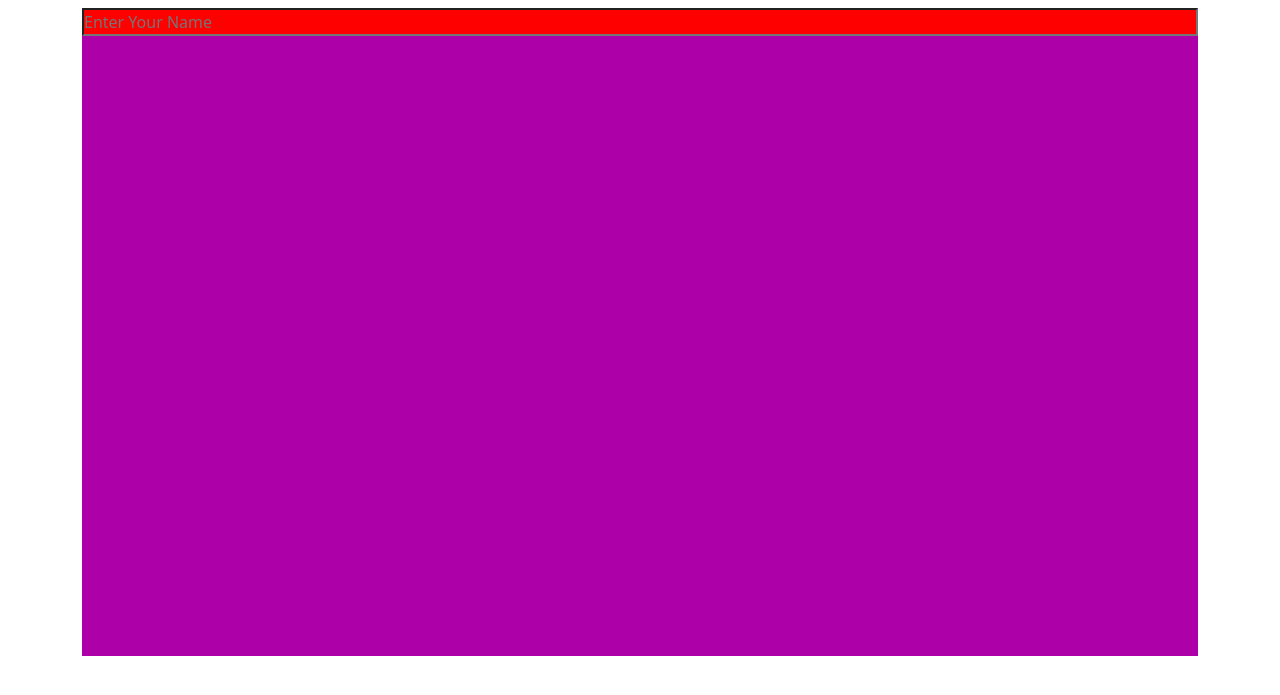
Repository: Haneef-Shaik/Greetings
Page: /
These files come from the project's save history. The page is drawn as it stood at one moment and after the next save; the edit follows.
The browser window is 1280 px wide. The pictures show the whole page.
The project was rebuilt for these pictures with package versions that can differ from the ones it lists, and the page was loaded fresh each time. The framework's server and built-in components were replaced by stand-ins that run in the browser. Also part of the build but not shown: next.config.js, styles/card.module.scss, components/card.js, styles/socialShare.module.scss, components/socialShare.js.

Above is the page before, as saved 2021-12-01 19:42:02.

### pages/_app.js
import '../styles/globals.css'
import 'bootstrap/dist/css/bootstrap.css'


function MyApp({ Component, pageProps }) {
  return <Component {...pageProps} />
}

export default MyApp

### pages/index.js
import Card from "../components/card.js";
import {useRouter} from 'next/router';
import Ss from "../components/socialShare"
import InpFrm from "../components/form"

export default function Home() {
  const {query} = useRouter();
  const myurls='https://gratefulprayerthankfulheart.com/wp-content/uploads/2014/12/aquawhitechristmastreegreeting.jpg';

  if(query.length > 0)
  {

    if(query.greeting)
    {
      return (
        <>
          <Card event={query.event} image={query.bgImg} name={query.name} greeting={query.greeting}  />
        </>
          )
    }
    else
    {
      return (
        <>
          <Card event={query.event} image={query.bgImg} name={query.name}  />
        </>
          )
    }

  }
  else
  {
    return (
        <>
          <InpFrm />
        </>
        )
  }
    // return (
    //   <>
        {/* <Card event='Event' image={myurls} name='Name' color='red' greeting="Lorem Ipsum is simply dummy text of the printing and typesetting industry. Lorem Ipsum has been thing software like Aldus PageMaker including versions of Lorem Ipsum."  /> */}
        {/* <Ss mylink="localhost:3000/name=haneef&event=christmas" /> */}
    {/*     <Ss mylink="localhost:3000/name=haneef&event=christmasW&sddsajnodsoduaibdadbksa" /> */}
    //   </>
    //     )

}

### components/form.js
/* eslint-disable no-undef */
import React, {useState,useRef} from 'react'

import 'bootstrap/dist/css/bootstrap.min.css';
import styles from '../styles/form.module.scss';
import IMAGE from 'next/image'


function Edit() {
    return (
        <div className="container-fluid p-2 " >
            <div className="container">
                <div className="row">
                    <div className="col-12">
                        <div className={styles.formContainer} >
                            <form>
                                <input type="text" placeholder="Enter Your Name" className="col-12 inpName" />
                            </form>
                        </div>
                    </div>
                </div>
            </div>
        </div>
    )
}


class InvitationCard extends React.Component{
    render(){
        return (

                <div className="body p-2" style={{backgroundColor: this.props.c,backgroundImage:`url(${this.props.im})`,backgroundSize:350,backgroundRepeat:'no-repeat'}} >
                    <h1 id="heading" style={{color: this.props.heading}}>{this.props.name}</h1>
                    <p style={{marginTop: "50px",color: this.props.content}}>{this.props.message}</p>
                    <p style={{color: this.props.content}} id="toWhom">{this.props.to}</p>
                </div>
        )
    }

}



export default Edit;

### styles/form.module.scss
.formContainer{
    height:90vh;
    background-color:#Ae00a9;
    input{
        background-color:red;
    }
}

Loaded but not shown: pages/api/hello.js (common file); styles/globals.css (common file)

After the next save:
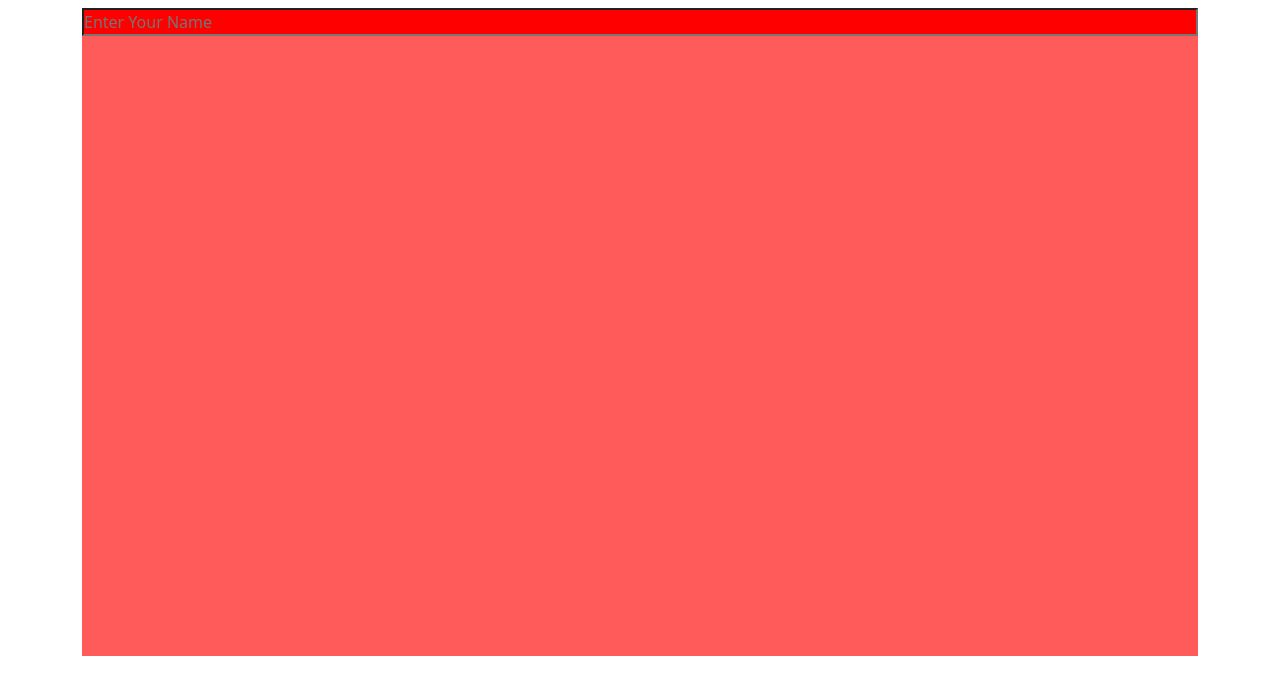
Saved 2 min 11 s later.
--- a/styles/form.module.scss
+++ b/styles/form.module.scss
@@ -1,6 +1,6 @@
 .formContainer{
     height:90vh;
-    background-color:#Ae00a9;
+    background-color:#FF5B5B;
     input{
         background-color:red;
     }
